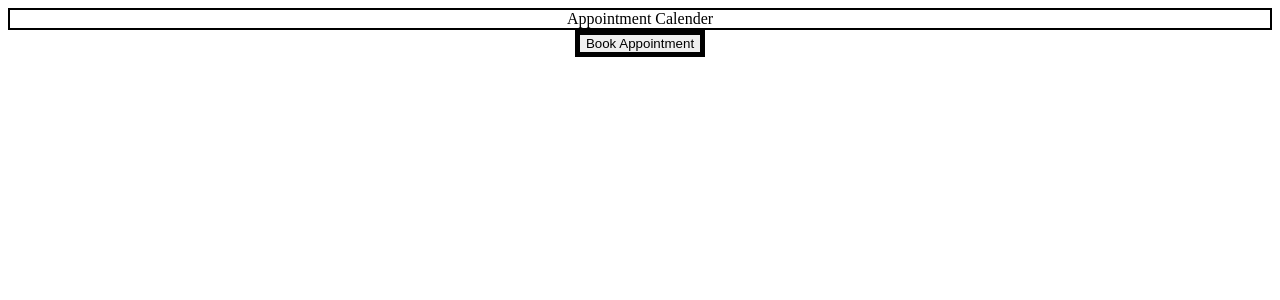
Repository: KennethEskandari/Appointment-Calender-
Page: / (app in Appointment-Calender/)
The author's editor kept a copy of each file at every save. The page is drawn from the files as they stood at one save, then again after the next save.
The browser window is 1280 px wide. The pictures show the whole page.
The project was rebuilt for these pictures with package versions that can differ from the ones it lists, and the page was loaded fresh each time. Also part of the build but not shown: Appointment-Calender/vite.config.js.

Above is the page before, as saved 2025-04-15 19:38:37.

After the next save:
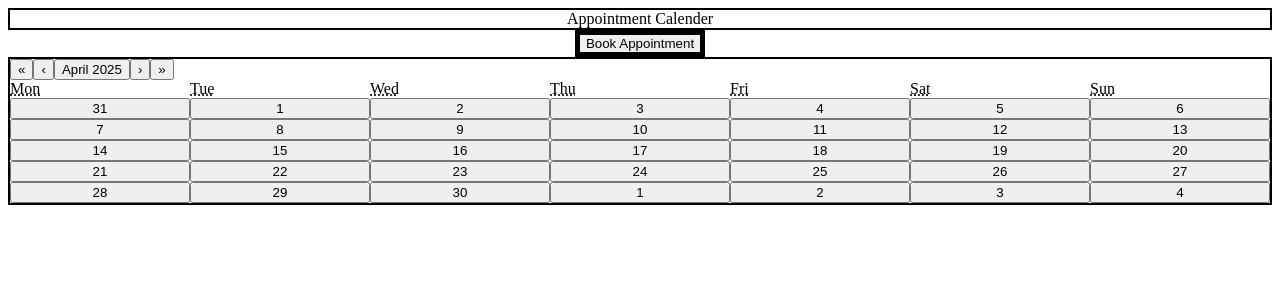
Saved 51 s later.
--- a/Appointment-Calender/src/App.jsx
+++ b/Appointment-Calender/src/App.jsx
@@ -8,6 +8,7 @@ function App() {
     <div>
       <header className="h-16 border-2 text-center text-2xl bg-purple-400">Appointment Calender</header>
       <button className="text-2xl mx-auto block border-5 mt-8 bg-purple-400 rounded-lg px-4 py-1">Book Appointment</button>
+      <Calendar onChange={setDate} value={date} className="mx-auto mt-8 border-2 rounded-lg" />
     </div>
 
   )
